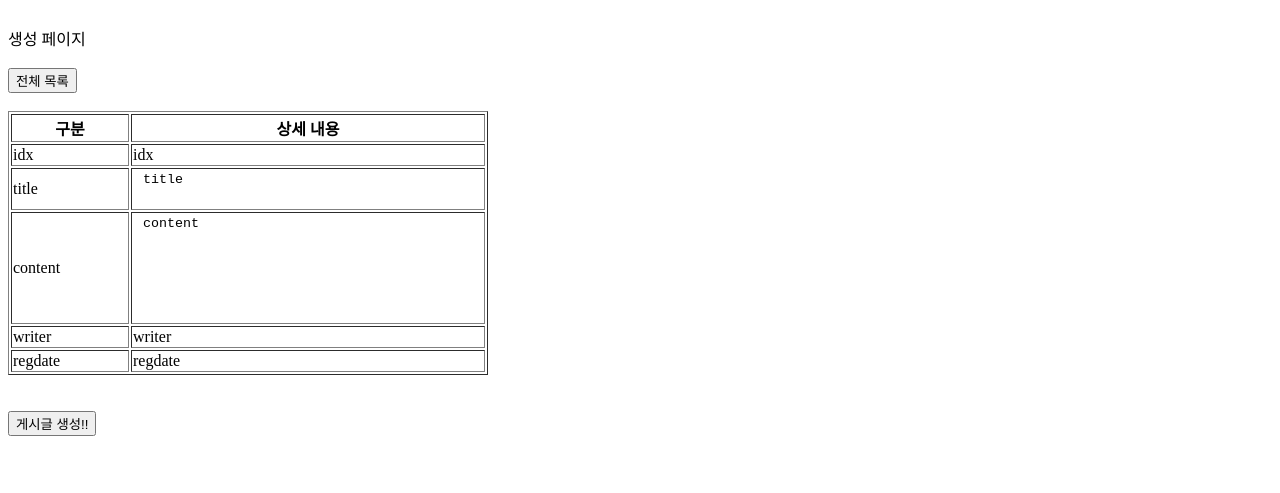
Repository: theptl/so_test
Page: http://localhost/NewTest01/WEB-INF/jsp/createpage.jsp
The author's editor kept a copy of each file at every save. The page is drawn from the files as they stood at one save, then again after the next save.
The browser window is 1280 px wide. The pictures show the whole page.
The page is served by Tomcat 9. Nobody is signed in. Other server files are loaded and not shown. The template is opened directly, without the code that normally fills it, so the values that code supplies are empty.

Above is the page before, as saved 2022-04-15 07:36:45.

### NewTest01/src/NewTest01/src/main/webapp/WEB-INF/jsp/createpage.jsp
<%@ page language="java" contentType="text/html; charset=UTF-8" pageEncoding="UTF-8"%>
<%@ taglib uri="http://java.sun.com/jsp/jstl/core" prefix="c" %>
<%@ page session="false" %>

<!DOCTYPE html PUBLIC "-//W3C//DTD XHTML 1.0 Strict//EN" "http://www.w3.org/TR/xhtml1/DTD/xhtml1-strict.dtd">

<script src="https://code.jquery.com/jquery-3.6.0.min.js" integrity="sha256-/xUj+3OJU5yExlq6GSYGSHk7tPXikynS7ogEvDej/m4=" crossorigin="anonymous"></script>


<!-- -------------------------------------------------------------------------------------------------------------- -->


<head>
	<meta http-equiv="content-type" content="text/html; charset=UTF-8">
	<meta name="viewport" content="width=device-width, initial-scale=1.0">
	<meta http-equiv="X-UA-Compatible" content="ie=edge">
</head>


<!-- -------------------------------------------------------------------------------------------------------------- -->


<html>

	<body>

		<br/> 생성 페이지 <br/><br/>
		<button> <a onclick="href='/'"> 전체 목록 </a> </button>

		<br/><br/>

		<table id="boardCreateTitle" border="1" width="480">

			<th style="width:25%"> 구분 </th>
			<th style="width:75%"> 상세 내용 </th>

			<tbody id="boardCreate">
				<tr>
					<td> idx </td>
					<td> <text id="input_idx" style="width:99%; border:0; resize:none;"> idx </text> </td>
				</tr>
				<tr>
					<td> title </td>
					<td> <textarea id="input_title" style="width:99%; border:0; resize:none;"> title </textarea> </td>
				</tr>
				<tr>
					<td> content </td>
					<td> <textarea id="input_content" style="width:99%; height:100px; border:0; resize:none;"> content </textarea> </td>
				</tr>
				<tr>
					<td> writer </td>
					<td> <text id="input_writer" style="width:99%; border:0; resize:none;"> writer </text> </td>
				</tr>
				<tr>
					<td> regdate </td>
					<td> <text id="input_regdate" style="width:99%; border:0; resize:none;"> regdate </text> </td>
				</tr>
			</tbody>

		</table>

		<br/><br/>
		<button> <a onclick="inputDataCheck()"> 게시글 생성!! </a> </button>

	</body>


<!-- -------------------------------------------------------------------------------------------------------------- -->


	<script type="text/javascript">


<!-- -------------------------------------------------------------------------------------------------------------- -->


	// 데이터 변경 확인.
	// 변경 데이터 적용.
	function inputDataCheck() {

		if (document.getElementById("input_title").value == detailData.title && document.getElementById("input_content").value == detailData.content){
			alert("변경된 내용이 없습니다.");
			return;

		} else{

			_idx = document.getElementById("input_idx").innerText;
			_title = document.getElementById("input_title").value;
			_content = document.getElementById("input_content").value;
			_regdate = new Date().toISOString().slice(0, 19).replace('T',' ');

			console.log(_regdate);

			$.ajax({
						type: "POST",
						url: "http://localhost:8080/api/modifydetaildata",
						cache: false,
						async: false,
						data: {
							idx : _idx,
							title : _title,
							content : _content,
							regdate : _regdate
						}
			});

			boardModifyRefresh(idx);

			alert("수정한 내용이 적용되었습니다.");

		}



	}


<!-- -------------------------------------------------------------------------------------------------------------- -->


	// 수정 페이지 출력.
	function boardModifyRefresh(_idx) {

		$.ajax({
					type: "GET",
					url: "http://localhost:8080/api/getdetaildata",
					cache: false,
					async: false,
					data: {
						idx : _idx
					},
					success: function (result) {
                        detailData = result;
					}

		});

		document.getElementById("input_idx").innerText = detailData.idx;
		document.getElementById("input_title").value = detailData.title;
		document.getElementById("input_content").value = detailData.content;
		document.getElementById("input_writer").innerText = detailData.writer;
		document.getElementById("input_regdate").innerText = detailData.regdate.replace('T',' ').substring(0, 19);

	}


<!-- -------------------------------------------------------------------------------------------------------------- -->



	</script>

</html>

After the next save:
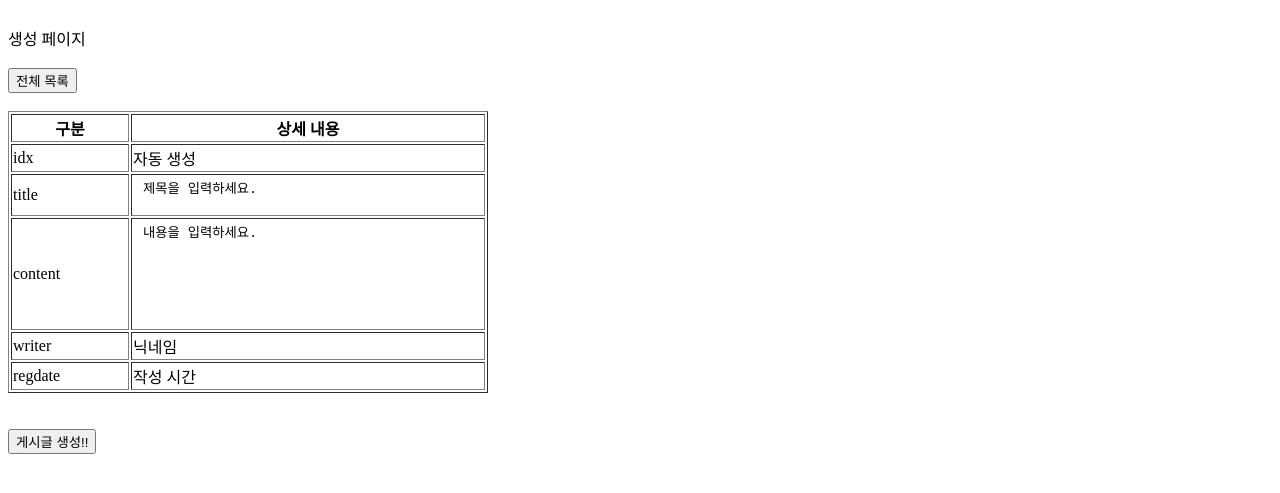
Saved 15 min 59 s later.
--- a/NewTest01/src/NewTest01/src/main/webapp/WEB-INF/jsp/createpage.jsp
+++ b/NewTest01/src/NewTest01/src/main/webapp/WEB-INF/jsp/createpage.jsp
@@ -37,23 +37,23 @@
 			<tbody id="boardCreate">
 				<tr>
 					<td> idx </td>
-					<td> <text id="input_idx" style="width:99%; border:0; resize:none;"> idx </text> </td>
+					<td> <text id="input_idx" style="width:99%; border:0; resize:none;"> 자동 생성 </text> </td>
 				</tr>
 				<tr>
 					<td> title </td>
-					<td> <textarea id="input_title" style="width:99%; border:0; resize:none;"> title </textarea> </td>
+					<td> <textarea id="input_title" style="width:99%; border:0; resize:none;"> 제목을 입력하세요. </textarea> </td>
 				</tr>
 				<tr>
 					<td> content </td>
-					<td> <textarea id="input_content" style="width:99%; height:100px; border:0; resize:none;"> content </textarea> </td>
+					<td> <textarea id="input_content" style="width:99%; height:100px; border:0; resize:none;"> 내용을 입력하세요. </textarea> </td>
 				</tr>
 				<tr>
 					<td> writer </td>
-					<td> <text id="input_writer" style="width:99%; border:0; resize:none;"> writer </text> </td>
+					<td> <text id="input_writer" style="width:99%; border:0; resize:none;"> 닉네임 </text> </td>
 				</tr>
 				<tr>
 					<td> regdate </td>
-					<td> <text id="input_regdate" style="width:99%; border:0; resize:none;"> regdate </text> </td>
+					<td> <text id="input_regdate" style="width:99%; border:0; resize:none;"> 작성 시간 </text> </td>
 				</tr>
 			</tbody>
 
